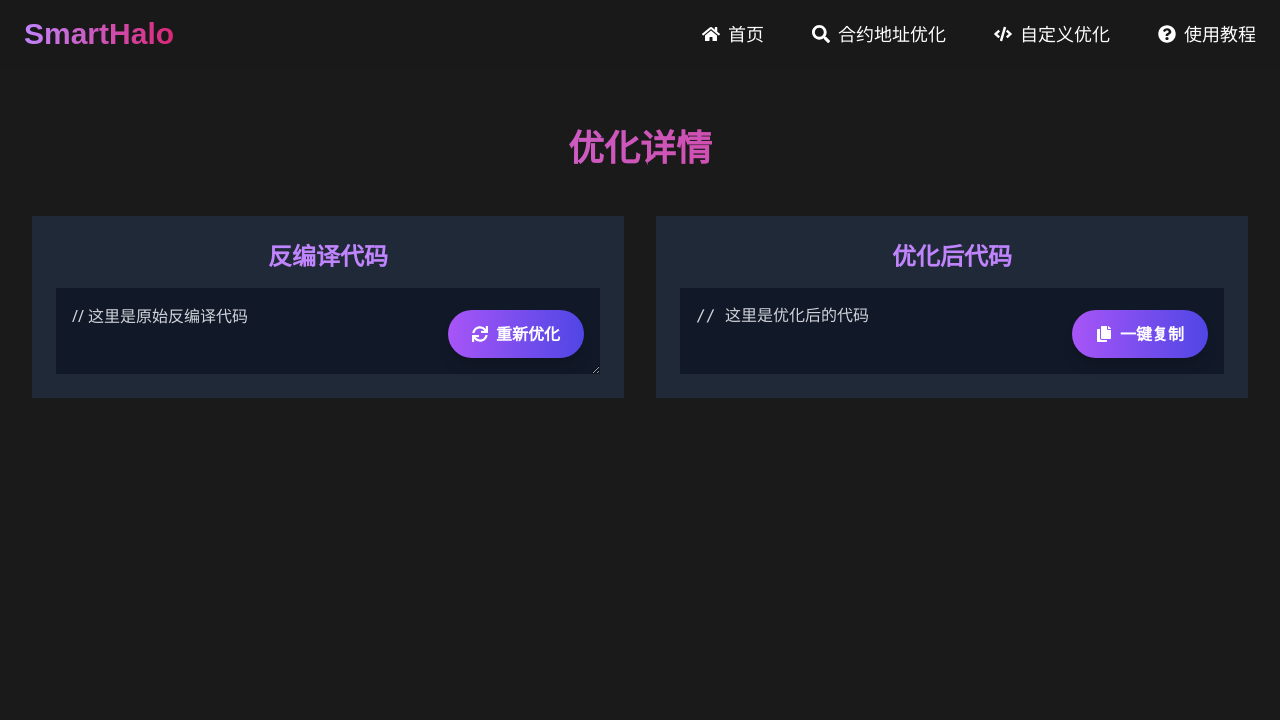
Repository: RunnerQuan/smart-halo
Page: /optimization-details
The author's editor kept a copy of each file at every save. The page is drawn from the files as they stood at one save, then again after the next save.
The browser window is 1280 px wide. The pictures show the whole page.
The project was rebuilt for these pictures with package versions that can differ from the ones it lists, and the page was loaded fresh each time. The framework's server and built-in components were replaced by stand-ins that run in the browser. Also part of the build but not shown: next.config.mjs.

Above is the page before, as saved 2024-10-18 14:46:10.

### app/optimization-details/page.tsx
// "use client";

// import { useState } from 'react';
// import { motion } from 'framer-motion';
// import AnimatedButton from '../../components/ui/animated-button';
// import Navbar from '../../components/Navbar';
// import { FaCopy, FaSync } from 'react-icons/fa';

// export default function OptimizationDetails() {
//   const [isCopied, setIsCopied] = useState(false);
//   const [originalCode, setOriginalCode] = useState('// 这里是原始反编译代码');
//   const [optimizedCode, setOptimizedCode] = useState('// 这里是优化后的代码');

//   const handleCopy = () => {
//     navigator.clipboard.writeText(optimizedCode);
//     setIsCopied(true);
//     setTimeout(() => setIsCopied(false), 2000);
//   };

//   const handleReoptimize = () => {
//     // 这里应该是重新优化的逻辑
//     console.log("重新优化");
//   };

//   return (
//     <main className="flex min-h-screen flex-col items-center justify-start p-8 bg-[#1A1A1A] text-white font-sans">
//       <Navbar />
//       <div className="mt-24 w-full max-w-7xl mx-auto">
//         <motion.h1
//           className="text-4xl font-bold mb-12 text-center text-transparent bg-clip-text bg-gradient-to-r from-purple-400 to-pink-600"
//           initial={{ opacity: 0, y: -50 }}
//           animate={{ opacity: 1, y: 0 }}
//           transition={{ duration: 0.5 }}
//         >
//           优化详情
//         </motion.h1>

//         <div className="w-full flex flex-col md:flex-row space-y-8 md:space-y-0 md:space-x-8">
//           <motion.div
//             className="flex-1 bg-gray-800 rounded-lg p-6 relative"
//             initial={{ opacity: 0, x: -50 }}
//             animate={{ opacity: 1, x: 0 }}
//             transition={{ duration: 0.5, delay: 0.2 }}
//           >
//             <h2 className="text-2xl font-semibold mb-4 text-purple-400 text-center">反编译代码</h2>
//             <textarea
//               className="w-full h-[calc(100vh-300px)] bg-gray-900 text-gray-300 p-4 rounded-lg focus:outline-none focus:ring-2 focus:ring-purple-500"
//               value={originalCode}
//               onChange={(e) => setOriginalCode(e.target.value)}
//             ></textarea>
//             <div className="absolute bottom-4 right-4">
//               <AnimatedButton onClick={handleReoptimize} className="flex items-center">
//                 <FaSync className="mr-2" />
//                 重新优化
//               </AnimatedButton>
//             </div>
//           </motion.div>

//           <motion.div
//             className="flex-1 bg-gray-800 rounded-lg p-6"
//             initial={{ opacity: 0, x: 50 }}
//             animate={{ opacity: 1, x: 0 }}
//             transition={{ duration: 0.5, delay: 0.4 }}
//           >
//             <h2 className="text-2xl font-semibold mb-4 text-purple-400 text-center">优化后代码</h2>
//             <div className="relative">
//               <pre className="w-full h-[calc(100vh-300px)] bg-gray-900 text-gray-300 p-4 rounded-lg overflow-auto">
//                 {optimizedCode}
//               </pre>
//               <div className="absolute bottom-4 right-4">
//                 <AnimatedButton onClick={handleCopy} className="flex items-center">
//                   <FaCopy className="mr-2" />
//                   一键复制
//                 </AnimatedButton>
//               </div>
//             </div>
//           </motion.div>
//         </div>

//         {isCopied && (
//           <motion.div
//             className="fixed bottom-8 right-8 bg-green-500 text-white px-4 py-2 rounded-lg shadow-lg"
//             initial={{ opacity: 0, y: 50 }}
//             animate={{ opacity: 1, y: 0 }}
//             exit={{ opacity: 0, y: 50 }}
//           >
//             优化后代码已复制到剪贴板
//           </motion.div>
//         )}
//       </div>
//     </main>
//   );
// }

"use client";

import { useState } from 'react';
import { motion } from 'framer-motion';
import AnimatedButton from '../../components/ui/animated-button';
import Navbar from '../../components/Navbar';
import { FaCopy, FaSync } from 'react-icons/fa';

export default function OptimizationDetails() {
  const [isCopied, setIsCopied] = useState(false);
  const [originalCode, setOriginalCode] = useState('// 这里是原始反编译代码');
  const [optimizedCode, setOptimizedCode] = useState('// 这里是优化后的代码');

  const handleCopy = () => {
    navigator.clipboard.writeText(optimizedCode);
    setIsCopied(true);
    setTimeout(() => setIsCopied(false), 2000);
  };

  const handleReoptimize = () => {
    // 这里应该是重新优化的逻辑
    console.log("重新优化");
  };

  return (
    <main className="flex min-h-screen flex-col items-center justify-start p-8 bg-[#1A1A1A] text-white font-sans">
      <Navbar />
      <div className="mt-24 w-full max-w-7xl mx-auto">
        <motion.h1
          className="text-4xl font-bold mb-12 text-center text-transparent bg-clip-text bg-gradient-to-r from-purple-400 to-pink-600"
          initial={{ opacity: 0, y: -50 }}
          animate={{ opacity: 1, y: 0 }}
          transition={{ duration: 0.5 }}
        >
          优化详情
        </motion.h1>

        <div className="w-full flex flex-col md:flex-row space-y-8 md:space-y-0 md:space-x-8">
          <motion.div
            className="flex-1 bg-gray-800 rounded-lg p-6 relative flex flex-col"
            initial={{ opacity: 0, x: -50 }}
            animate={{ opacity: 1, x: 0 }}
            transition={{ duration: 0.5, delay: 0.2 }}
          >
            <h2 className="text-2xl font-semibold mb-4 text-purple-400 text-center">反编译代码</h2>
            <div className="relative flex-1">
              <textarea
                className="w-full h-full bg-gray-900 text-gray-300 p-4 rounded-lg focus:outline-none focus:ring-2 focus:ring-purple-500"
                value={originalCode}
                onChange={(e) => setOriginalCode(e.target.value)}
              ></textarea>
              <div className="absolute bottom-4 right-4">
                <AnimatedButton onClick={handleReoptimize} className="flex items-center">
                  <FaSync className="mr-2" />
                  重新优化
                </AnimatedButton>
              </div>
            </div>
          </motion.div>

          <motion.div
            className="flex-1 bg-gray-800 rounded-lg p-6 relative flex flex-col"
            initial={{ opacity: 0, x: 50 }}
            animate={{ opacity: 1, x: 0 }}
            transition={{ duration: 0.5, delay: 0.4 }}
          >
            <h2 className="text-2xl font-semibold mb-4 text-purple-400 text-center">优化后代码</h2>
            <div className="relative flex-1">
              <pre className="w-full h-full bg-gray-900 text-gray-300 p-4 rounded-lg overflow-auto">
                {optimizedCode}
              </pre>
              <div className="absolute bottom-4 right-4">
                <AnimatedButton onClick={handleCopy} className="flex items-center">
                  <FaCopy className="mr-2" />
                  一键复制
                </AnimatedButton>
              </div>
            </div>
          </motion.div>
        </div>

        {isCopied && (
          <motion.div
            className="fixed bottom-8 right-8 bg-green-500 text-white px-4 py-2 rounded-lg shadow-lg"
            initial={{ opacity: 0, y: 50 }}
            animate={{ opacity: 1, y: 0 }}
            exit={{ opacity: 0, y: 50 }}
          >
            优化后代码已复制到剪贴板
          </motion.div>
        )}
      </div>
    </main>
  );
}

### app/globals.css
@import url('https://fonts.googleapis.com/css2?family=Roboto:wght@300;400;500;700&display=swap');

@tailwind base;
@tailwind components;
@tailwind utilities;

:root {
  --foreground-rgb: 255, 255, 255;
  --background-start-rgb: 42, 42, 42;
  --background-end-rgb: 42, 42, 42;
}

body {
  color: rgb(var(--foreground-rgb));
  background: linear-gradient(
      to bottom,
      transparent,
      rgb(var(--background-end-rgb))
    )
    rgb(var(--background-start-rgb));
  font-family: 'Roboto', sans-serif;
}

### components/ui/animated-button.tsx
import React from 'react';

interface AnimatedButtonProps extends React.ButtonHTMLAttributes<HTMLButtonElement> {
  children: React.ReactNode;
}

const AnimatedButton: React.FC<AnimatedButtonProps> = ({ children, className, ...props }) => {
  return (
    <button
      className={`
        px-6 py-3 rounded-full text-white font-semibold
        bg-gradient-to-r from-purple-500 to-indigo-600
        hover:from-purple-600 hover:to-indigo-700
        transform hover:scale-105 transition duration-300 ease-in-out
        focus:outline-none focus:ring-2 focus:ring-purple-500 focus:ring-opacity-50
        shadow-lg hover:shadow-xl
        ${className}
      `}
      {...props}
    >
      {children}
    </button>
  );
};

export default AnimatedButton;

### components/Navbar.tsx
import Link from "next/link";
import { FaHome, FaCode, FaSearch, FaQuestionCircle } from 'react-icons/fa';

const navItems = [
  { name: '首页', href: '/', icon: <FaHome className="mr-2" /> },
  { name: '合约地址优化', href: '/contract-optimization', icon: <FaSearch className="mr-2" /> },
  { name: '自定义优化', href: '/custom-optimization', icon: <FaCode className="mr-2" /> },
  { name: '使用教程', href: '/help', icon: <FaQuestionCircle className="mr-2" /> },
];

export default function Navbar() {
  return (
    <nav className="fixed top-0 left-0 right-0 z-10 bg-[#1A1A1A] bg-opacity-80 backdrop-filter backdrop-blur-lg">
      <div className="container mx-auto px-6 py-4 flex justify-between items-center">
        <Link href="/" className="flex items-center">
          <span className="text-3xl font-bold bg-clip-text text-transparent bg-gradient-to-r from-purple-400 to-pink-600 font-tech">
            SmartHalo
          </span>
        </Link>
        <div className="hidden md:flex items-center space-x-12 text-lg">
          {navItems.map((item) => (
            <Link key={item.name} href={item.href} className="flex items-center">
              <span className="flex items-center">
                {item.icon}
                {item.name}
              </span>
            </Link>
          ))}
        </div>
      </div>
    </nav>
  );
}

### tailwind.config.js
module.exports = {
    darkMode: ['class'],
    content: [
    './pages/**/*.{js,ts,jsx,tsx,mdx}',
    './components/**/*.{js,ts,jsx,tsx,mdx}',
    './app/**/*.{js,ts,jsx,tsx,mdx}',
  ],
  theme: {
  	extend: {
  		fontFamily: {
  			harmonyos: ['HarmonyOS Sans', 'sans-serif'],
  			song: ['Noto Serif SC', 'serif'],
  			'noto-sans': ['Noto Sans SC', 'sans-serif'],
  			'tech': ['Orbitron', 'sans-serif']
  		},
  		backgroundImage: {
  			'gradient-radial': 'radial-gradient(var(--tw-gradient-stops))',
  			'gradient-conic': 'conic-gradient(from 180deg at 50% 50%, var(--tw-gradient-stops))'
  		},
  		borderRadius: {
  			lg: 'var(--radius)',
  			md: 'calc(var(--radius) - 2px)',
  			sm: 'calc(var(--radius) - 4px)'
  		},
  		colors: {
  			background: 'hsl(var(--background))',
  			foreground: 'hsl(var(--foreground))',
  			card: {
  				DEFAULT: 'hsl(var(--card))',
  				foreground: 'hsl(var(--card-foreground))'
  			},
  			popover: {
  				DEFAULT: 'hsl(var(--popover))',
  				foreground: 'hsl(var(--popover-foreground))'
  			},
  			primary: {
  				DEFAULT: 'hsl(var(--primary))',
  				foreground: 'hsl(var(--primary-foreground))'
  			},
  			secondary: {
  				DEFAULT: 'hsl(var(--secondary))',
  				foreground: 'hsl(var(--secondary-foreground))'
  			},
  			muted: {
  				DEFAULT: 'hsl(var(--muted))',
  				foreground: 'hsl(var(--muted-foreground))'
  			},
  			accent: {
  				DEFAULT: 'hsl(var(--accent))',
  				foreground: 'hsl(var(--accent-foreground))'
  			},
  			destructive: {
  				DEFAULT: 'hsl(var(--destructive))',
  				foreground: 'hsl(var(--destructive-foreground))'
  			},
  			border: 'hsl(var(--border))',
  			input: 'hsl(var(--input))',
  			ring: 'hsl(var(--ring))',
  			chart: {
  				'1': 'hsl(var(--chart-1))',
  				'2': 'hsl(var(--chart-2))',
  				'3': 'hsl(var(--chart-3))',
  				'4': 'hsl(var(--chart-4))',
  				'5': 'hsl(var(--chart-5))'
  			}
  		},
  		animation: {
  			pulse: 'pulse var(--duration) ease-out infinite'
  		},
  		keyframes: {
  			pulse: {
  				'0%, 100%': {
  					boxShadow: '0 0 0 0 var(--pulse-color)'
  				},
  				'50%': {
  					boxShadow: '0 0 0 8px var(--pulse-color)'
  				}
  			}
  		}
  	}
  },
  plugins: [require("tailwindcss-animate")],
}

Loaded but not shown: app/layout.tsx (common file)

After the next save:
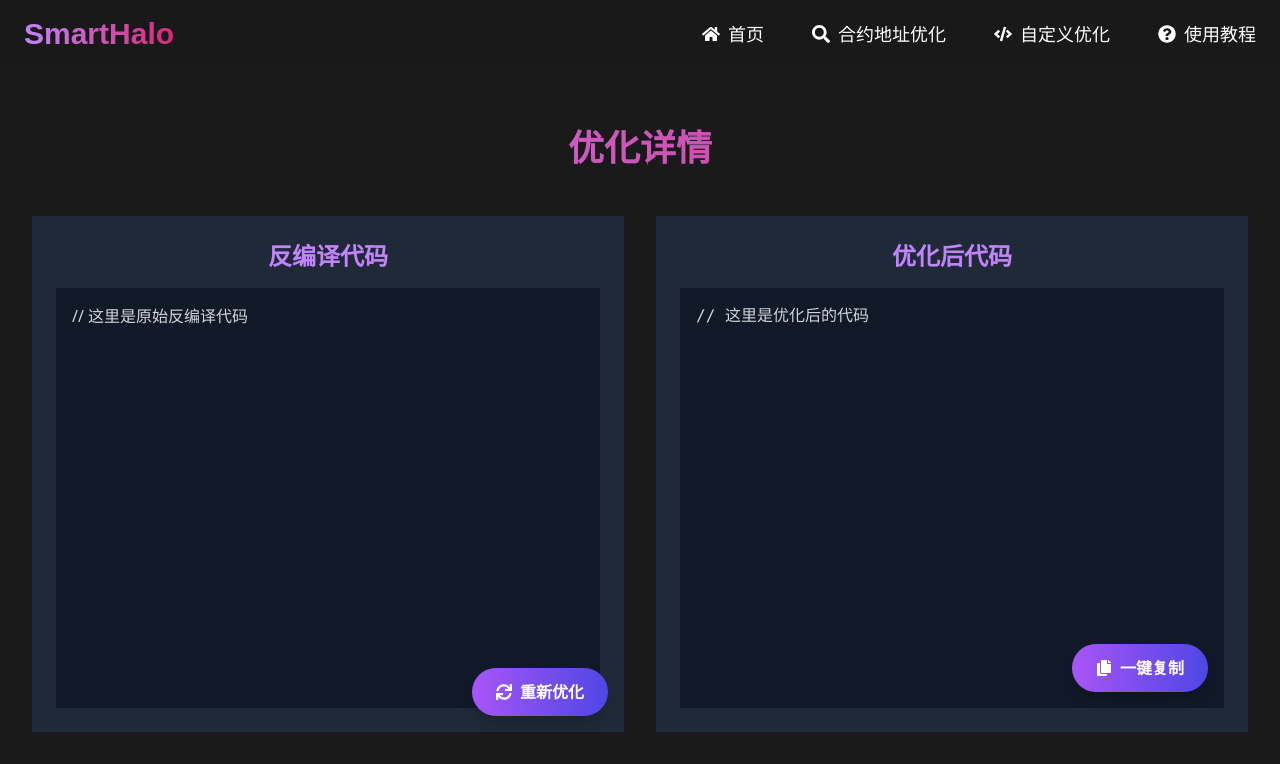
Saved 56 s later.
--- a/app/optimization-details/page.tsx
+++ b/app/optimization-details/page.tsx
@@ -137,18 +137,16 @@ export default function OptimizationDetails() {
             transition={{ duration: 0.5, delay: 0.2 }}
           >
             <h2 className="text-2xl font-semibold mb-4 text-purple-400 text-center">反编译代码</h2>
-            <div className="relative flex-1">
-              <textarea
-                className="w-full h-full bg-gray-900 text-gray-300 p-4 rounded-lg focus:outline-none focus:ring-2 focus:ring-purple-500"
-                value={originalCode}
-                onChange={(e) => setOriginalCode(e.target.value)}
-              ></textarea>
-              <div className="absolute bottom-4 right-4">
-                <AnimatedButton onClick={handleReoptimize} className="flex items-center">
-                  <FaSync className="mr-2" />
-                  重新优化
-                </AnimatedButton>
-              </div>
+            <textarea
+              className="w-full h-[calc(100vh-300px)] bg-gray-900 text-gray-300 p-4 rounded-lg focus:outline-none focus:ring-2 focus:ring-purple-500"
+              value={originalCode}
+              onChange={(e) => setOriginalCode(e.target.value)}
+            ></textarea>
+            <div className="absolute bottom-4 right-4">
+              <AnimatedButton onClick={handleReoptimize} className="flex items-center">
+                <FaSync className="mr-2" />
+                重新优化
+              </AnimatedButton>
             </div>
           </motion.div>
 
@@ -160,7 +158,7 @@ export default function OptimizationDetails() {
           >
             <h2 className="text-2xl font-semibold mb-4 text-purple-400 text-center">优化后代码</h2>
             <div className="relative flex-1">
-              <pre className="w-full h-full bg-gray-900 text-gray-300 p-4 rounded-lg overflow-auto">
+              <pre className="w-full h-[calc(100vh-300px)] bg-gray-900 text-gray-300 p-4 rounded-lg overflow-auto">
                 {optimizedCode}
               </pre>
               <div className="absolute bottom-4 right-4">
